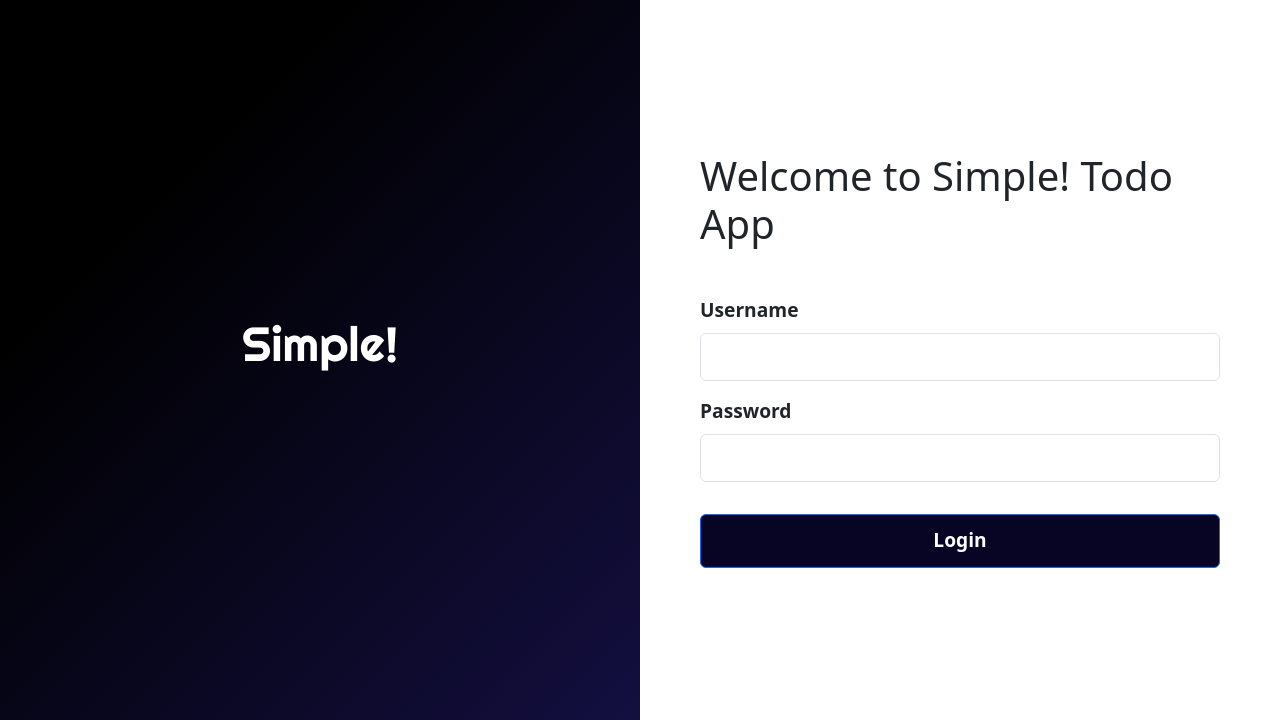
Repository: oboioz/SimpleTodoApp
Page: / (app in SimpleTodoAppFrontEnd/todo-app/)
The author's editor kept a copy of each file at every save. The page is drawn from the files as they stood at one save, then again after the next save.
The browser window is 1280 px wide. The pictures show the whole page.
The project was rebuilt for these pictures with package versions that can differ from the ones it lists, and the page was loaded fresh each time. Also part of the build but not shown: SimpleTodoAppFrontEnd/todo-app/src/components/todo/Welcome/WelcomeStyle.css, SimpleTodoAppFrontEnd/todo-app/src/components/todo/Welcome/WelcomeComponent.jsx, SimpleTodoAppFrontEnd/todo-app/src/components/todo/error/ErrorComponent.jsx, SimpleTodoAppFrontEnd/todo-app/src/components/todo/header/HeaderComponent.jsx, SimpleTodoAppFrontEnd/todo-app/src/components/todo/list-todo/ListTodoComponent.jsx, SimpleTodoAppFrontEnd/todo-app/src/components/todo/logout/LogOutComponent.jsx.

Above is the page before, as saved 2024-04-06 20:06:52.

After the next save:
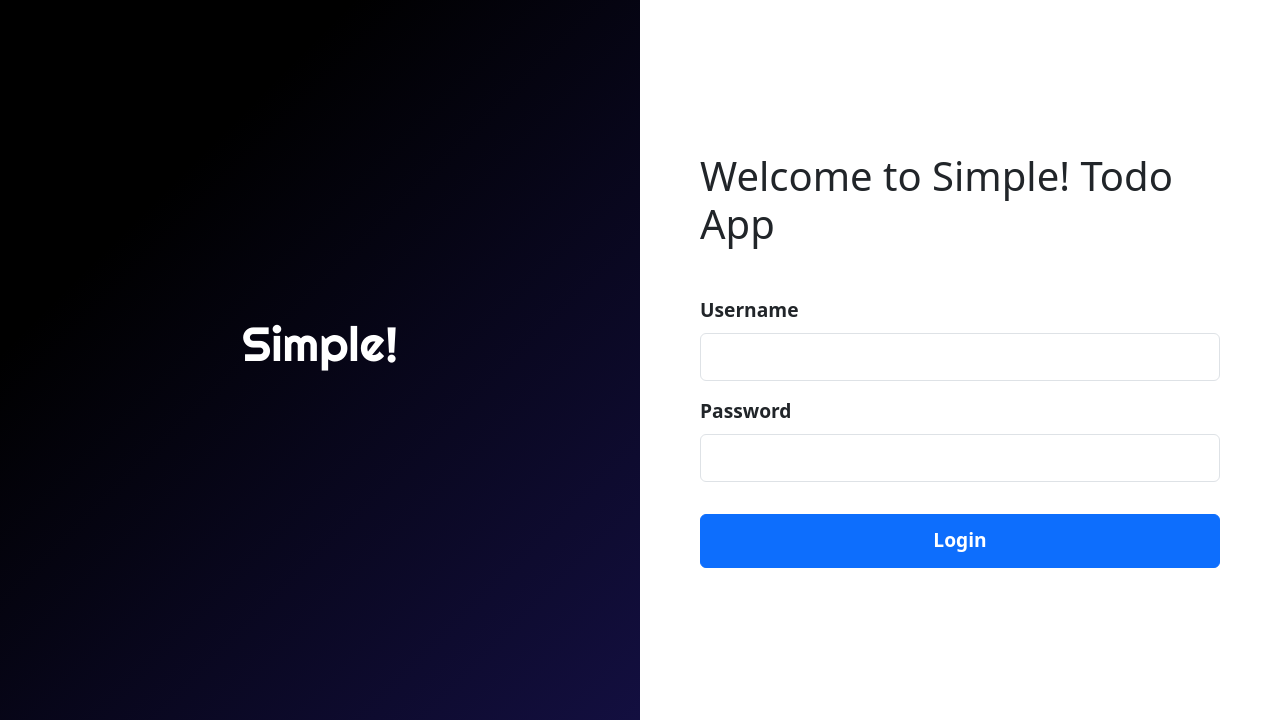
Saved 117 s later.
--- a/SimpleTodoAppFrontEnd/todo-app/src/App.css
+++ b/SimpleTodoAppFrontEnd/todo-app/src/App.css
@@ -41,6 +41,4 @@
   height: 54px;
   font-size: larger;
   font-weight: bold;
-  background-color: #070424;
-
 }
